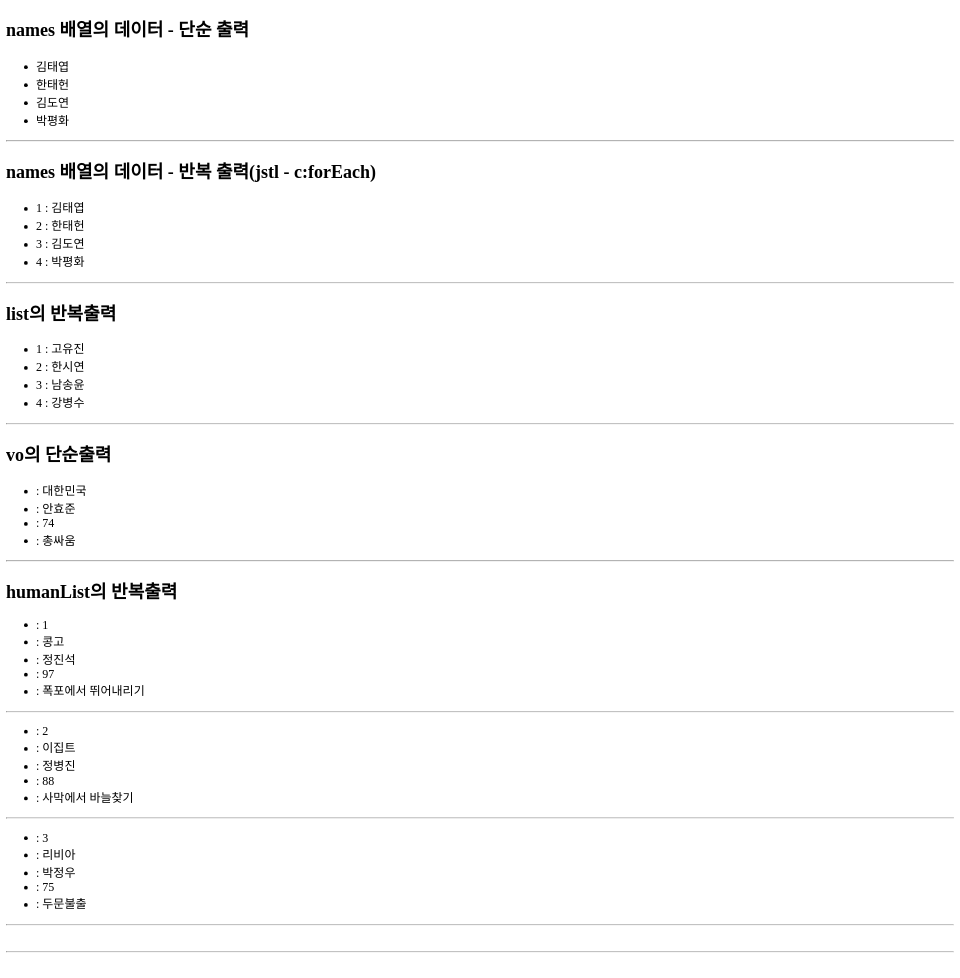
Repository: okgunyang/jsp
Page: http://localhost/practice02/GetJavaDataCtrl.do
An editor plug-in stored every save of this project. The page is shown before and after the next save, followed by the edit.
The browser window is 1280 px wide. The pictures show the whole page, at 75% of full size.
The page is served by Tomcat 9.

Above is the page before, as saved 2022-11-10 06:24:25.

After the next save:
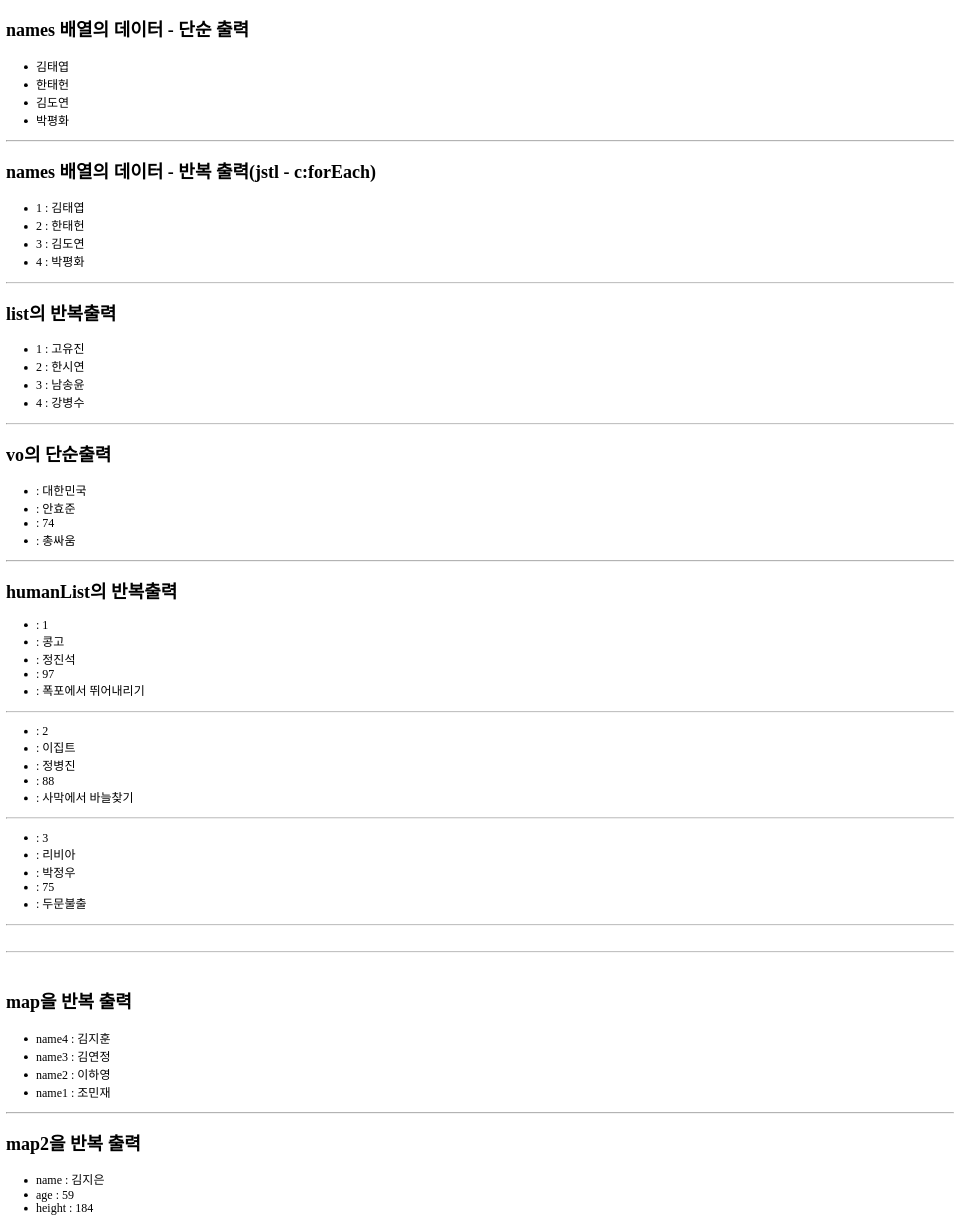
Saved 5 min 35 s later.
--- a/practice02/WebContent/06getJavaData.jsp
+++ b/practice02/WebContent/06getJavaData.jsp
@@ -55,6 +55,18 @@
 <hr>
 </c:forEach>
 <br><hr><br>
-
+<h2>map을 반복 출력</h2>
+<ul>
+	<c:forEach var="i" items="${map }">
+	<li>${i.key } : ${i.value }</li>
+	</c:forEach>
+</ul>
+<hr>
+<h2>map2을 반복 출력</h2>
+<ul>
+	<c:forEach var="i" items="${map2 }">
+	<li>${i.key } : ${i.value }</li>
+	</c:forEach>
+</ul>
 </body>
 </html>
